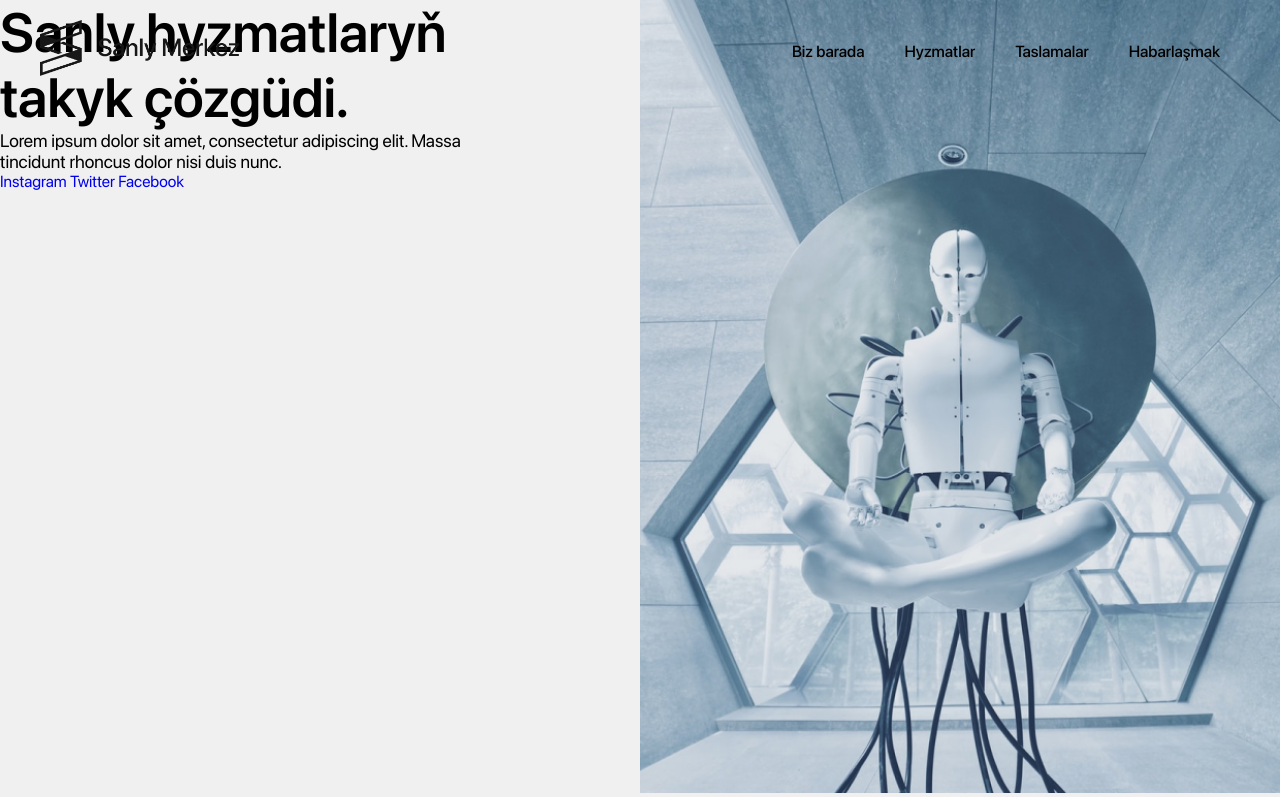
Repository: Meylis7/Sanly-Merkez-Web
Page: main.html
These files come from the project's save history. The page is drawn as it stood at one moment and after the next save; the edit follows.
The browser window is 1280 px wide. The pictures show the whole page.

Above is the page before, as saved 2022-04-25 18:53:53.

After the next save:
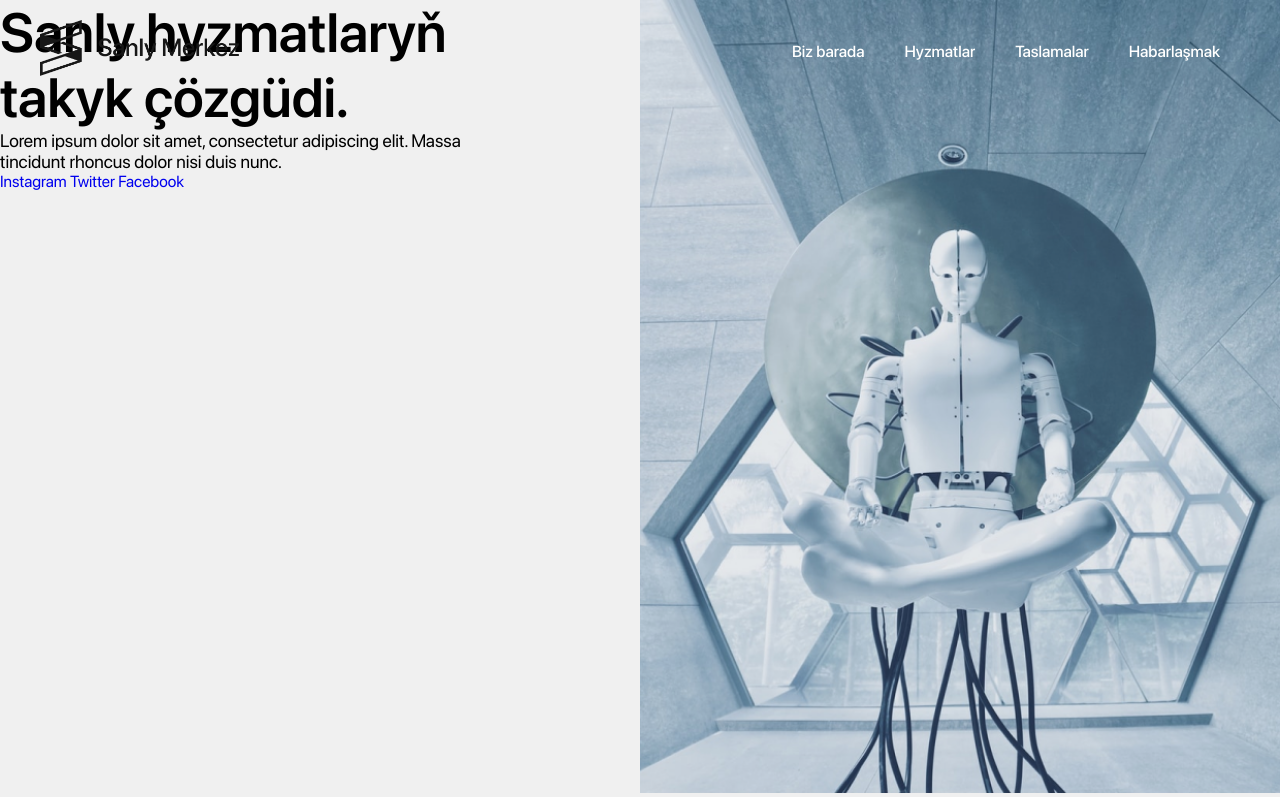
Saved 22 s later.
--- a/css/main.css
+++ b/css/main.css
@@ -267,7 +267,7 @@ header .menu{
 }
 
 header .menu a{
-  color: rgb(0, 0, 0);
+  color: rgb(255, 255, 255);
   font-size: 16px;
   font-weight: 500;
   text-decoration: none;
